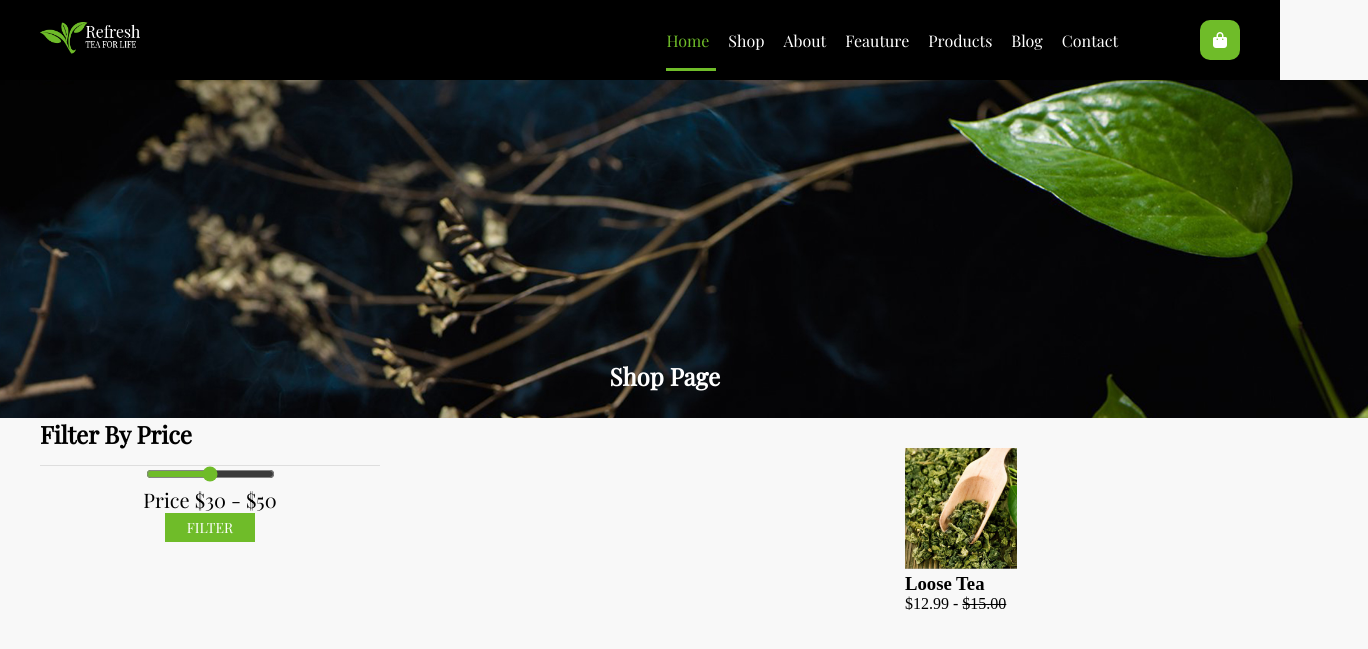
Repository: 52hzwhaleblue/school_teashop
Page: shop.html
These files come from the project's save history. The page is drawn as it stood at one moment and after the next save; the edit follows.
The browser window is 1280 px wide. The page is 1368 px wide, so the pictures cover 1368 px, including what lies to the right of the window. The pictures show the whole page.
Some web libraries are served in a nearby version.

Above is the page before, as saved 2022-04-27 21:16:57.

After the next save:
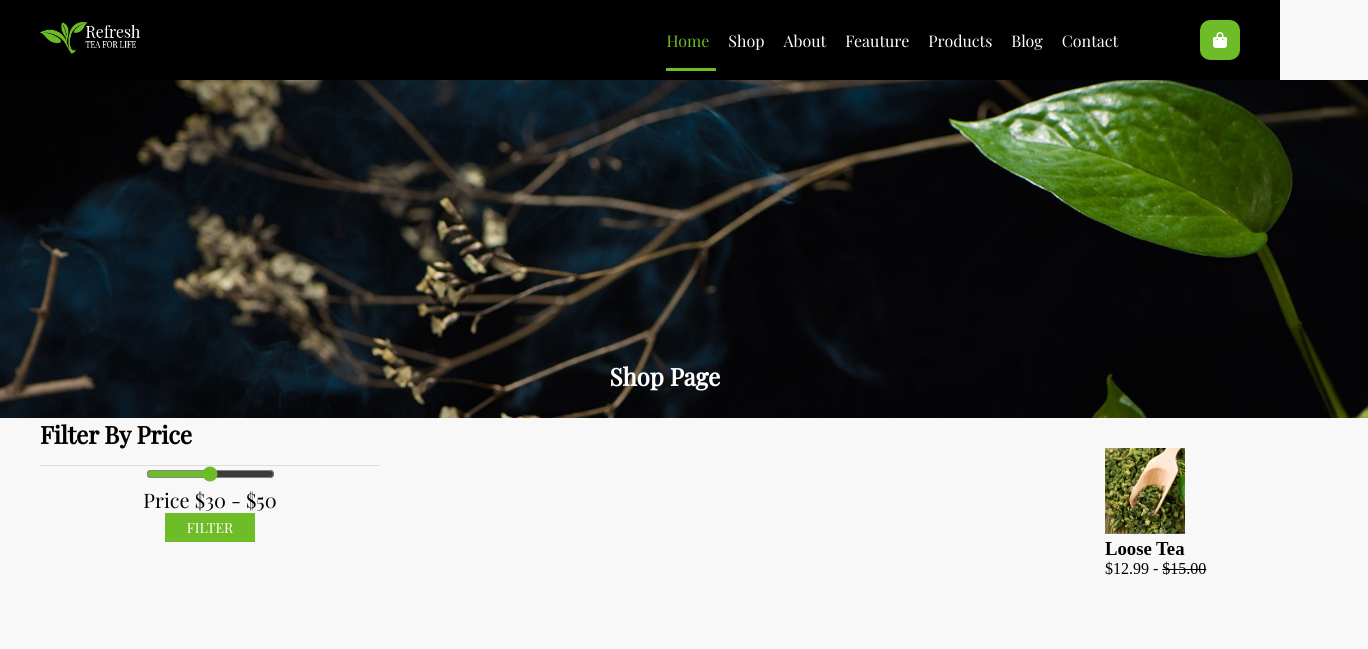
Saved 19 s later.
--- a/style.css
+++ b/style.css
@@ -693,7 +693,7 @@ body {
 }
 /* ----Product---- */
 .shop-product-wrapper{
-    max-width: 300px;
+    max-width: 100px;
     margin: 20px;
     padding-left: 25px;
     padding-right: 25px;
